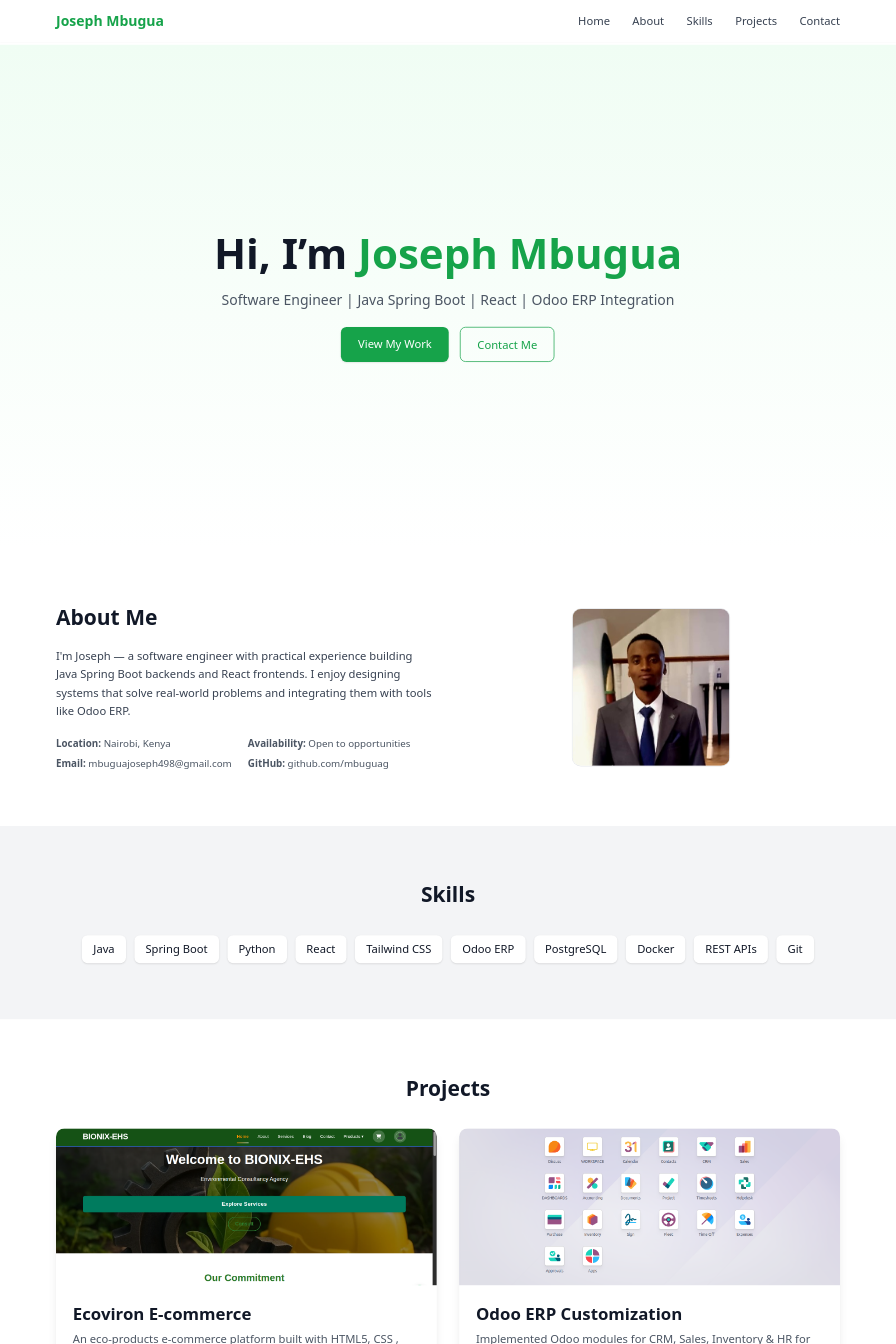
Repository: mbuguag/Portfolio
Page: /
The author's editor kept a copy of each file at every save. The page is drawn from the files as they stood at one save, then again after the next save.
The browser window is 1280 px wide. The pictures show the part of the page from y = 0 to 1920 px (the page is 2789 px tall), at 70% of full size.
The project was rebuilt for these pictures with package versions that can differ from the ones it lists, and the page was loaded fresh each time. Also part of the build but not shown: vite.config.js.

Above is the page before, as saved 2025-10-24 11:11:24.

### index.html
<!doctype html>
<html lang="en">
  <head>
    <meta charset="UTF-8" />
    <link rel="icon" type="image/svg+xml" href="/vite.svg" />
    <meta name="viewport" content="width=device-width, initial-scale=1.0" />
    <title>dev-portfolio</title>
  </head>
  <body>
    <div id="root"></div>
    <script type="module" src="/src/main.jsx"></script>
  </body>
</html>

### src/main.jsx
import React from "react";
import ReactDOM from "react-dom/client";
import App from "./App";
import "./index.css";
import ThemeProvider from "./context/ThemeContext";

ReactDOM.createRoot(document.getElementById("root")).render(
  <React.StrictMode>
    <ThemeProvider>
      <App />
    </ThemeProvider>
  </React.StrictMode>
);

### src/App.jsx
import React from "react";
import Navbar from "./components/Navbar";
import Hero from "./components/Hero";
import About from "./components/About";
import Skills from "./components/Skills";
import Projects from "./components/Projects";
import Contact from "./components/Contact";
import Footer from "./components/Footer";

export default function App() {
  return (
    <div className="antialiased">
      <Navbar />
      <main className="pt-16">
        <Hero />
        <About />
        <Skills />
        <Projects />
        <Contact />
      </main>
      <Footer />
    </div>
  );
}

### src/index.css
@tailwind base;
@tailwind components;
@tailwind utilities;

/* Global */
:root {
  scroll-behavior: smooth;
}

body {
  @apply bg-white text-gray-900 dark:bg-gray-900 dark:text-gray-100 font-sans;
}

/* container helper */
.container {
  @apply max-w-6xl mx-auto px-4;
}

/* small utility */
.section-title {
  @apply text-3xl font-semibold mb-6;
}

.card {
  @apply bg-white dark:bg-gray-800 rounded-xl shadow-sm overflow-hidden;
}

### src/context/ThemeContext.jsx
import React, { createContext, useEffect, useState } from "react";

export const ThemeContext = createContext();

export default function ThemeProvider({ children }) {
  const [theme, setTheme] = useState(() => localStorage.getItem("theme") || "light");

  useEffect(() => {
    document.documentElement.classList.toggle("dark", theme === "dark");
    localStorage.setItem("theme", theme);
  }, [theme]);

  const toggleTheme = () => setTheme((prev) => (prev === "light" ? "dark" : "light"));

  return (
    <ThemeContext.Provider value={{ theme, toggleTheme }}>
      {children}
    </ThemeContext.Provider>
  );
}

### src/components/Navbar.jsx
import React from "react";

export default function Navbar() {
  return (
    <header className="fixed top-0 w-full bg-white/80 dark:bg-gray-900/80 backdrop-blur-md shadow-sm z-50">
      <nav className="container flex items-center justify-between py-4">
        <h1 className="text-xl font-bold text-green-600 dark:text-green-400">Joseph Mbugua</h1>
        <ul className="hidden md:flex gap-8 text-gray-700 dark:text-gray-200">
          {["Home", "About", "Skills", "Projects", "Contact"].map((item) => (
            <li key={item}>
              <a
                href={`#${item.toLowerCase()}`}
                className="hover:text-green-500 transition-colors duration-300"
              >
                {item}
              </a>
            </li>
          ))}
        </ul>
      </nav>
    </header>
  );
}

### src/components/Hero.jsx
import React from "react";

export default function Hero() {
  return (
    <section id="home" className="min-h-screen flex items-center justify-center bg-gradient-to-b from-green-50 to-white dark:from-gray-900 dark:to-gray-800">
      <div className="text-center space-y-6 px-6">
        <h1 className="text-4xl md:text-6xl font-extrabold text-gray-900 dark:text-white">
          Hi, I’m <span className="text-green-600 dark:text-green-400">Joseph Mbugua</span>
        </h1>
        <p className="text-lg md:text-xl text-gray-600 dark:text-gray-300">
          Software Engineer | Java Spring Boot | React | Odoo ERP Integration
        </p>
        <div className="flex justify-center gap-4">
          <a
            href="#projects"
            className="bg-green-600 text-white px-6 py-3 rounded-lg shadow hover:bg-green-700 transition"
          >
            View My Work
          </a>
          <a
            href="#contact"
            className="border border-green-600 text-green-600 dark:text-green-400 px-6 py-3 rounded-lg hover:bg-green-600 hover:text-white transition"
          >
            Contact Me
          </a>
        </div>
      </div>
    </section>
  );
}

### src/components/About.jsx
import React from "react";

export default function About() {
  return (
    <section id="about" className="py-20">
      <div className="container grid md:grid-cols-2 gap-10 items-center">
        <div>
          <h2 className="section-title">About Me</h2>
          <p className="text-gray-700 dark:text-gray-300 leading-relaxed">
            I'm Joseph — a software engineer with practical experience building
            Java Spring Boot backends and React frontends.
            I enjoy designing systems that solve real-world problems and integrating
            them with tools like Odoo ERP.
          </p>

          <ul className="mt-6 grid grid-cols-2 gap-2 text-sm text-gray-600 dark:text-gray-400">
            <li><strong>Location:</strong> Nairobi, Kenya</li>
            <li><strong>Availability:</strong> Open to opportunities</li>
            <li><strong>Email:</strong> mbuguajoseph498@gmail.com</li>
            <li><strong>GitHub:</strong> github.com/mbuguag</li>
          </ul>
        </div>

        <div className="flex justify-center">
          <div className="w-56 h-56 rounded-xl overflow-hidden ring-1 ring-gray-200 dark:ring-gray-700">
            <img
              src="/Profile.jpg"
              alt="Joseph Mbugua"
              className="w-full h-full object-cover"
            />
          </div>
        </div>
      </div>
    </section>
  );
}

### src/components/Skills.jsx
const skills = [
  "Java", "Spring Boot", "Python", "React", "Tailwind CSS",
  "Odoo ERP", "PostgreSQL", "Docker", "REST APIs", "Git"
];

export default function Skills() {
  return (
    <section id="skills" className="py-20 bg-gray-100 dark:bg-gray-800">
      <h2 className="text-3xl font-bold mb-10 text-center">Skills</h2>
      <div className="flex flex-wrap justify-center gap-3">
        {skills.map((skill) => (
          <span key={skill} className="px-4 py-2 bg-white dark:bg-gray-700 shadow rounded-lg">
            {skill}
          </span>
        ))}
      </div>
    </section>
  );
}

### src/components/Projects.jsx
const projects = [
  {
    title: "Ecoviron E-commerce",
    description: "An eco-products e-commerce platform built with HTML5, CSS , JavaScript & Spring Boot backend.",
    image: "/Bionix.png",
    link: "https://www.bionix-hse.co.ke",
  },
  {
    title: "Odoo ERP Customization",
    description: "Implemented Odoo modules for CRM, Sales, Inventory & HR for business automation.",
    image: "/Odoo.png",
    link: "#",
  },
];

export default function Projects() {
  return (
    <section id="projects" className="py-20 container">
      <h2 className="text-3xl font-bold mb-10 text-center">Projects</h2>
      <div className="grid md:grid-cols-2 gap-8">
        {projects.map((proj) => (
          <div key={proj.title} className="bg-white dark:bg-gray-800 rounded-xl shadow-lg overflow-hidden">
            <img src={proj.image} alt={proj.title} className="w-full h-56 object-cover" />
            <div className="p-6">
              <h3 className="text-2xl font-semibold mb-2">{proj.title}</h3>
              <p className="text-gray-600 dark:text-gray-300 mb-4">{proj.description}</p>
              <a href={proj.link} target="_blank" className="text-blue-600 hover:text-blue-800 dark:text-blue-400 dark:hover:text-blue-200">View Project →</a>
            </div>
          </div>
        ))}
      </div>
    </section>
  );
}

### src/components/Contact.jsx
import React from "react";

export default function Contact() {
  return (
    <section id="contact" className="py-20 bg-gray-50 dark:bg-gray-900">
      <div className="container max-w-3xl text-center">
        <h2 className="section-title">Get In Touch</h2>
        <p className="text-gray-600 dark:text-gray-400 mb-8">
          I’m open to new opportunities, collaborations, and projects. Let’s connect!
        </p>

        <form className="space-y-4">
          <input
            type="text"
            placeholder="Your Name"
            className="w-full p-3 rounded-lg border border-gray-300 dark:border-gray-700 bg-white dark:bg-gray-800"
          />
          <input
            type="email"
            placeholder="Your Email"
            className="w-full p-3 rounded-lg border border-gray-300 dark:border-gray-700 bg-white dark:bg-gray-800"
          />
          <textarea
            placeholder="Your Message"
            rows="5"
            className="w-full p-3 rounded-lg border border-gray-300 dark:border-gray-700 bg-white dark:bg-gray-800"
          ></textarea>
          <button
            type="submit"
            className="w-full bg-green-600 text-white py-3 rounded-lg hover:bg-green-700 transition"
          >
            Send Message
          </button>
        </form>
      </div>
    </section>
  );
}

### src/components/Footer.jsx
export default function Footer() {
  return (
    <footer className="py-6 text-center text-gray-500 dark:text-gray-400 border-t border-gray-200 dark:border-gray-700">
      © {new Date().getFullYear()} Joseph Mbugua Gitau. All rights reserved.
    </footer>
  );
}

Loaded but not shown: tailwind.config.js (common file)

After the next save:
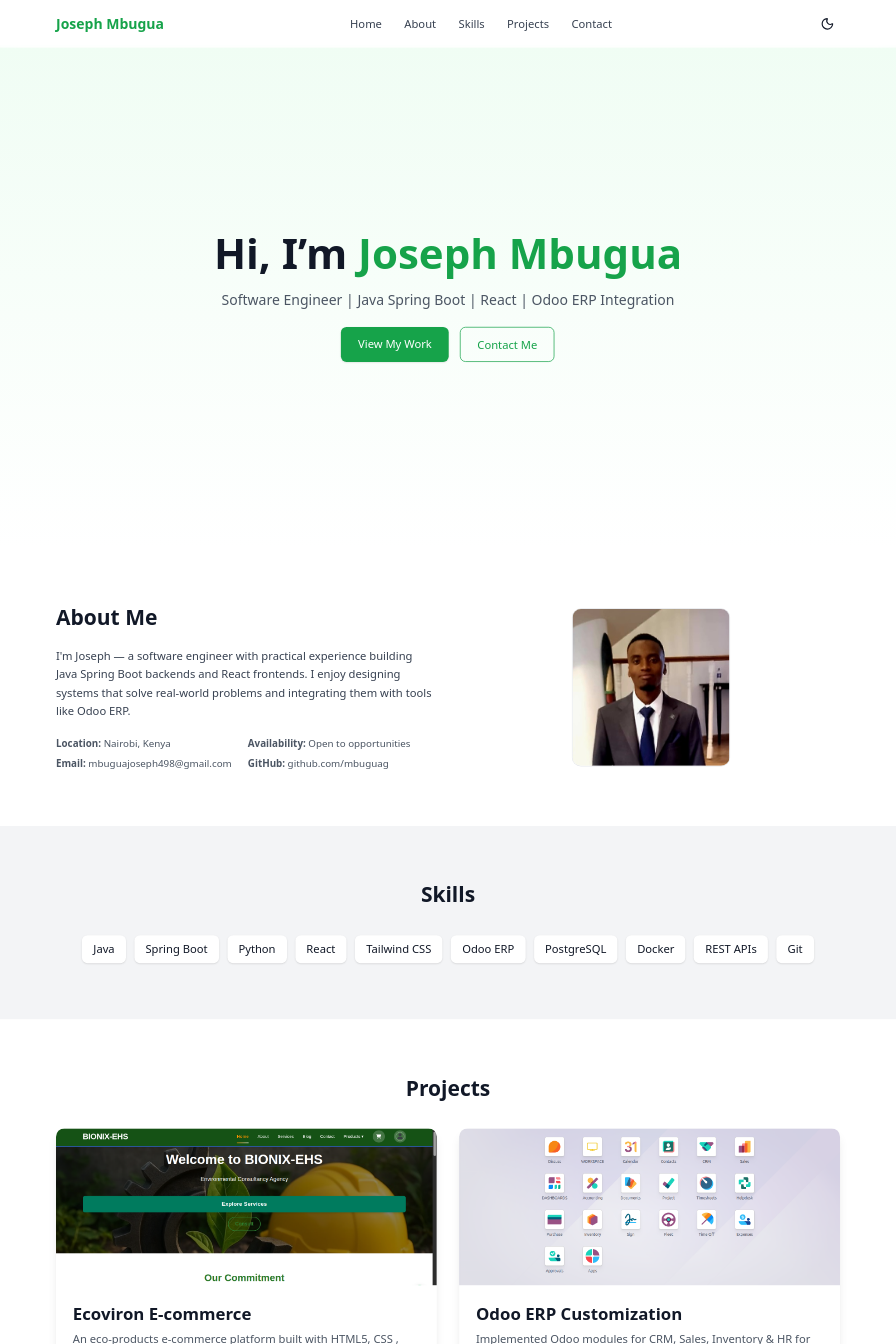
Saved 28 s later.
--- a/src/components/Navbar.jsx
+++ b/src/components/Navbar.jsx
@@ -1,10 +1,15 @@
-import React from "react";
+import React, { useContext } from "react";
+import { ThemeContext } from "../context/ThemeContext";
+import { Moon, Sun } from "lucide-react"; // lightweight icon package
 
 export default function Navbar() {
+  const { theme, toggleTheme } = useContext(ThemeContext);
+
   return (
     <header className="fixed top-0 w-full bg-white/80 dark:bg-gray-900/80 backdrop-blur-md shadow-sm z-50">
       <nav className="container flex items-center justify-between py-4">
         <h1 className="text-xl font-bold text-green-600 dark:text-green-400">Joseph Mbugua</h1>
+
         <ul className="hidden md:flex gap-8 text-gray-700 dark:text-gray-200">
           {["Home", "About", "Skills", "Projects", "Contact"].map((item) => (
             <li key={item}>
@@ -17,6 +22,14 @@ export default function Navbar() {
             </li>
           ))}
         </ul>
+
+        {/* Toggle button */}
+        <button
+          onClick={toggleTheme}
+          className="ml-6 p-2 rounded-full hover:bg-gray-200 dark:hover:bg-gray-800 transition"
+        >
+          {theme === "light" ? <Moon size={20} /> : <Sun size={20} />}
+        </button>
       </nav>
     </header>
   );
